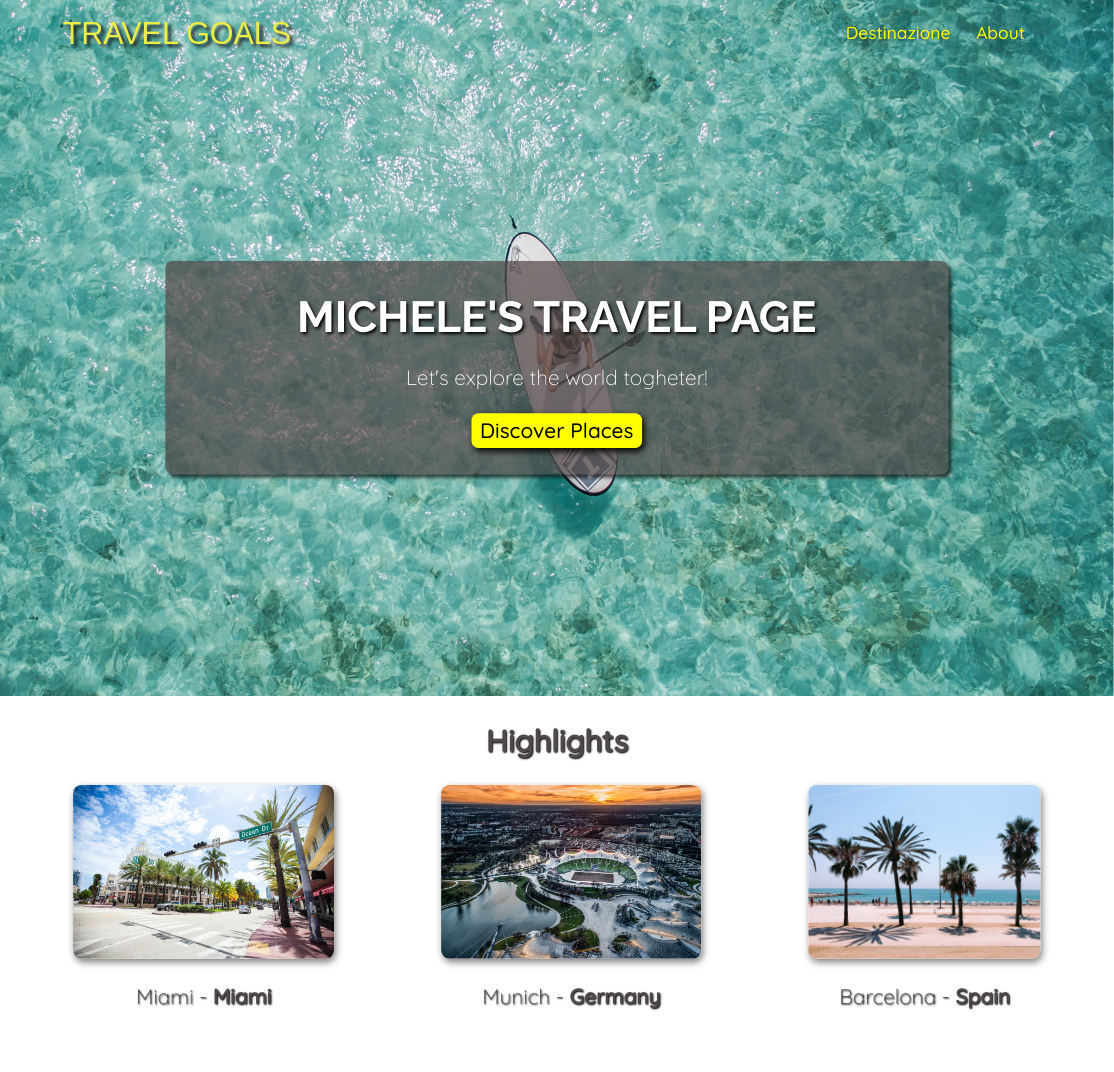
Repository: MicTomm/Travel-Goals
Page: index.html
An editor plug-in stored every save of this project. The page is shown before and after the next save, followed by the edit.
The browser window is 1280 px wide. The pictures show the whole page, at 87% of full size.
Some web fonts or font styles are not loaded; a fallback is used.

Above is the page before, as saved 2023-06-05 17:21:25.

### index.html
<!DOCTYPE html>
<html lang="it">

<head>
    <meta charset="UTF-8">
    <title>Travel Goals</title>
    <link rel="stylesheet"
        href="https://fonts.googleapis.com/css2?family=Raleway:wght@700&family=Oleo+Script:wght@700&family=Quicksand:wght@300;500&display=swap">
    <link href="styles/shared.css" rel="stylesheet">
    <link href="styles/main-page-style.css" rel="stylesheet">
</head>

<body>
    <header>
        <div id="logo">
            <a href="/index.html">Travel Goals</a>
        </div>
        <nav>
            <ul>
                <li><a href="/places.html">Destinazione</a></li>
                <li><a href="">About</a></li>
            </ul>
        </nav>
    </header>
    <main>
        <section id="hero-image-section">
            <div id="div-section1">
                <h1>Michele's Travel Page</h1>
                <p>Let's explore the world togheter!</p>
                <a href="/places.html">Discover Places</a>
            </div>
        </section>
        <section id="highlights">
            <h2>Highlights</h2>
            <ul id="destinations">
                <li class="destination">
                    <img src="images/places/miami.jpg" alt="Miami">
                    <p>Miami - <strong>Miami</strong></p>
                </li>
                <li class="destination">
                    <img src="/images/places/munich.jpg" alt="Munich">
                    <p>Munich - <strong>Germany</strong></p>
                </li>
                <li class="destination">
                    <img src="/images/places/barcelona.jpg" alt="Barcelona">
                    <p>Barcelona - <strong>Spain</strong></p>
                </li>
            </ul>
        </section>
    </main>
    <footer></footer>
</body>

</html>

### styles/shared.css
body {
    margin: 0px;
    font-family: 'Quicksand', sans-serif;
}

ul {
    list-style: none;
    padding: 0px;
    margin: 0px;
}

header {
    display: flex;
    justify-content: space-between;
    align-items: center;
    padding: 15px 60px;
    position: absolute;
    width: 100%;
    top: 0;
    left: 0;
    box-sizing: border-box;
}

header ul {
    margin: 10px;
    display: flex;
    justify-content: space-between;
    width: 250px;
}

header li {
    width: 100px;
}

header a {
    color: yellow;
    text-decoration: none;
    font-size: 20px;
    padding: 12px;
    text-shadow: 1px 1px 4px rgba(0, 0, 0, 0.5);
}

header a:hover {
    background-color: yellow;
    box-shadow: 2px 2px 4px rgba(0, 0, 0, 0.5);
    color: rgb(67, 60, 60);
    text-shadow: 1px 1px 2px rgb(0, 0, 0, 0.5);
    border-radius: 8px;
}

#logo a {
    font-family: 'Oleo script', sans-serif;
    font-size: 35px;
    text-decoration: none;
    color: rgb(237, 237, 70);
    text-shadow: 4px 4px 4px rgb(31, 29, 29);
    text-transform: uppercase;
}

#logo a:hover {
    background-color: transparent;

}

### styles/main-page-style.css
#hero-image-section {
    text-align: center;
    background-image: url("/images/places/ocean.jpg");
    background-position: center;
    background-size: cover;
    height: 800px;
    /* padding-top: 100px; (alternativa per spostare div-section1 più in basso)*/
}

#div-section1 {
    background-color: rgba(82, 70, 70, 0.7);
    box-shadow: 4px 4px 4px rgba(18, 18, 18, 0.7);
    width: 900px;
    margin: 0px auto;
    padding: 35px 0;
    border-radius: 8px;
    position: relative;
    top: 300px;
}

#div-section1 h1 {
    font-size: 50px;
    color: white;
    font-family: 'Raleway', sans-serif;
    text-shadow: 2px 2px 4px black;
    text-transform: uppercase;
    margin: 0px;
}

#div-section1 p {
    color: white;
    font-size: 24px;
    font-weight: 300;
    margin-bottom: 32px;
}

#div-section1 a{
 font-size: 24px;
 text-decoration: none;
 color: black;
 border-radius: 8px;
 background-color: yellow;
 padding: 5px 10px;
 box-shadow: 3px 4px 8px black;
}

#div-section1 a:hover{
    background-color: greenyellow;
    text-shadow: 1px 1px 2px rgba(0, 0, 0, 0.5);
}

#highlights{
    text-align: center;
}

#highlights ul{
    display: flex;
    width: 90%;
    margin: auto;
    justify-content: space-between;
    margin-bottom: 40px;
}

#highlights li{
   margin: 0px 20px;
}

#highlights img{
    height: 200px;
    box-shadow: 2px 4px 8px rgb(0, 0, 0, 0.5);
    border-radius: 10px;
    width: 100%;
    object-fit: cover;
}

#highlights h2{
    font-size: 35px;
    text-shadow: 1px 1px 2px black;
    color: rgb(79, 72, 72);
}

#highlights p{
    color: rgb(79, 72, 72);
    text-shadow: 1px 1px 2px black;
    font-size: 24px;
    font-weight: 300;
    margin-bottom: 32px;
}

After the next save:
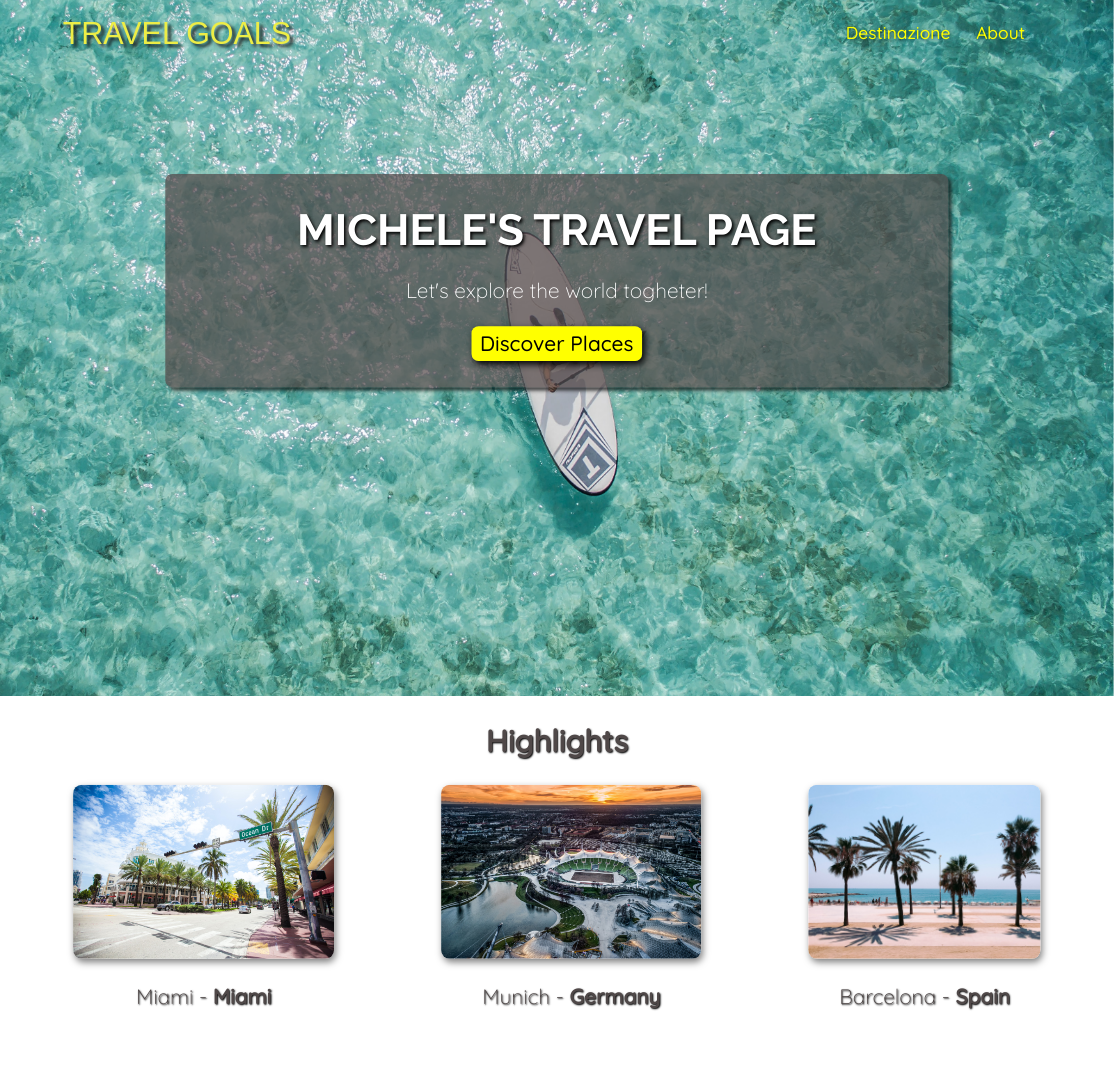
Saved 19 s later.
--- a/styles/main-page-style.css
+++ b/styles/main-page-style.css
@@ -15,7 +15,7 @@
     padding: 35px 0;
     border-radius: 8px;
     position: relative;
-    top: 300px;
+    top: 200px;
 }
 
 #div-section1 h1 {

After the save that followed:
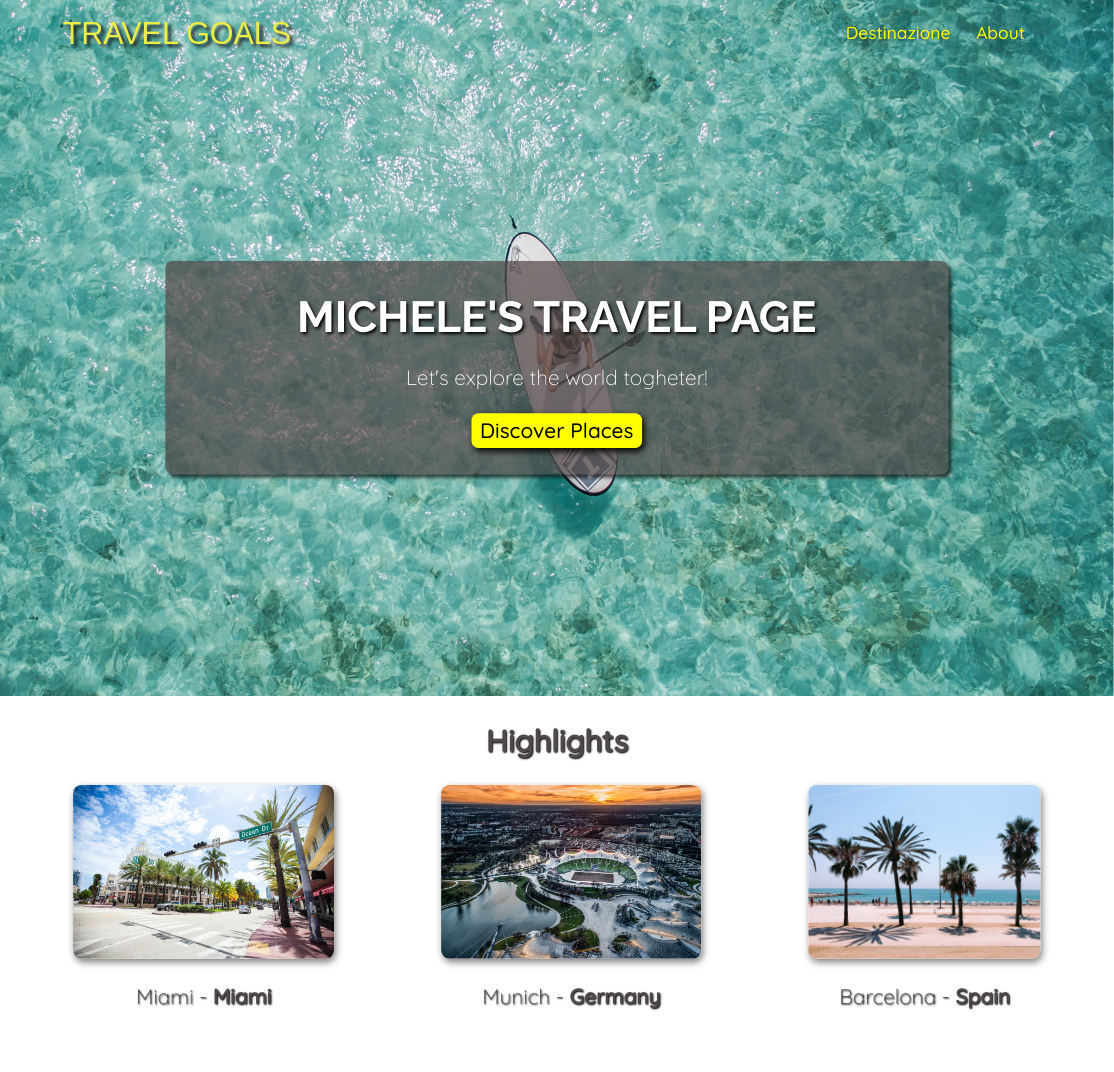
Saved 23 s later.
--- a/styles/main-page-style.css
+++ b/styles/main-page-style.css
@@ -15,7 +15,7 @@
     padding: 35px 0;
     border-radius: 8px;
     position: relative;
-    top: 200px;
+    top: 300px;
 }
 
 #div-section1 h1 {
